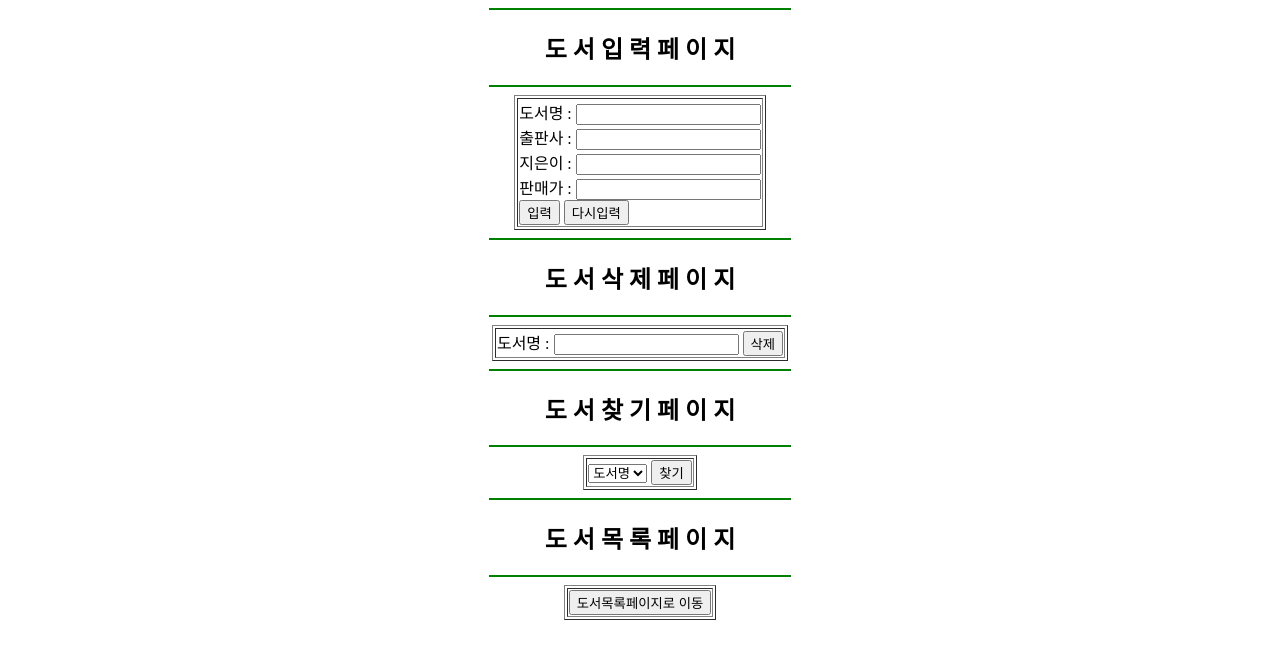
Repository: sungeunbyeol/Nowon-ezen-jsp
Page: http://localhost/jspBook/book/book.jsp
An editor plug-in stored every save of this project. The page is shown before and after the next save, followed by the edit.
The browser window is 1280 px wide. The pictures show the whole page.
The page is served by Tomcat 9. Other server files are loaded and not shown.

Above is the page before, as saved 2021-11-04 06:20:33.

### jspBook/WebContent/book/book.jsp
<%@ page language="java" contentType="text/html; charset=EUC-KR"
    pageEncoding="EUC-KR"%>
<!DOCTYPE html>
<html>
<head>
<meta charset="EUC-KR">
<title>도서관리프로그램</title>
</head>
<body>
	<div align="center">
	<hr color = "green" width="300">
	<h2>도 서 입 력 페 이 지</h2>
	<hr color = "green" width="300">
		<form name="f" action="insert.jsp" method="post">
			<table border="1">
				<tr>
					<td>
					도서명 : <input type="text" name="bookname"> <br>
					출판사 : <input type="text" name="publisher"> <br>
					지은이 : <input type="text" name="writer"> <br>
					판매가 : <input type="text" name="price"> <br>
					<input type="submit" value="입력">
					<input type="reset" value="다시입력">
					</td>
				</tr>
			</table>
		</form>

		<hr color="green" width="300">
		<h2>도 서 삭 제 페 이 지</h2>
		<hr color="green" width="300">
		<form name="f" action="delete.jsp" method="post">
			<table border="1">
				<tr>
					<td>
						도서명 : <input type="text" name="bookname">
						<input type="submit" value="삭제">
					</td>
				</tr>
			</table>
		</form>

		<hr color="green" width="300">
		<h2>도 서 찾 기 페 이 지</h2>
		<hr color="green" width="300">
		<form name="f" action="find.jsp" method="post">
			<table border="1">
				<tr>
					<td>
						<select name="search">
							<option value="bookname">도서명</option>
							<option value="publisher">출판사</option>
							<option value="writer">지은이</option>
						</select>
						<input type="submit" value="찾기">
					</td>
				</tr>
			</table>
		</form>

		<hr color="green" width="300">
		<h2>도 서 목 록 페 이 지</h2>
		<hr color="green" width="300">
		<form name="f" action="list.jsp" method="post">
			<table border="1">
				<tr>
					<td>
						<input type="submit" value="도서목록페이지로 이동">
					</td>
				</tr>
			</table>
		</form>
	</div>
</body>
</html>

After the next save:
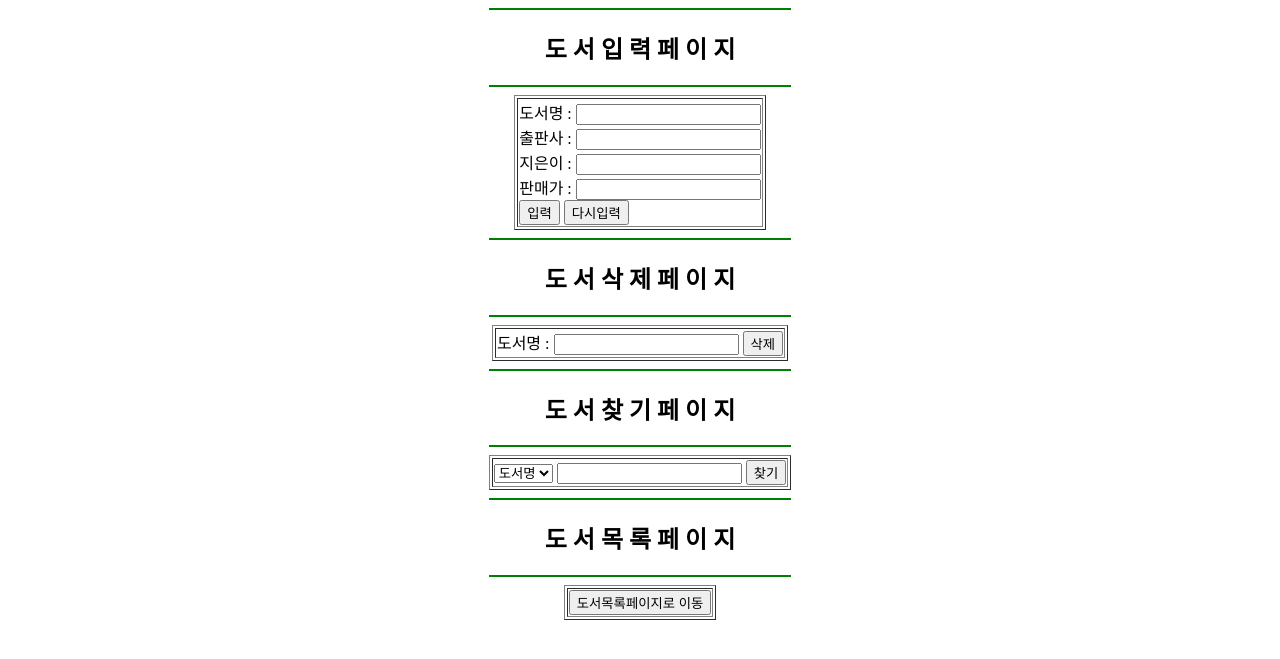
Saved 13 s later.
--- a/jspBook/WebContent/book/book.jsp
+++ b/jspBook/WebContent/book/book.jsp
@@ -52,6 +52,7 @@
 							<option value="publisher">출판사</option>
 							<option value="writer">지은이</option>
 						</select>
+						<input type="text" name="searchString">
 						<input type="submit" value="찾기">
 					</td>
 				</tr>
